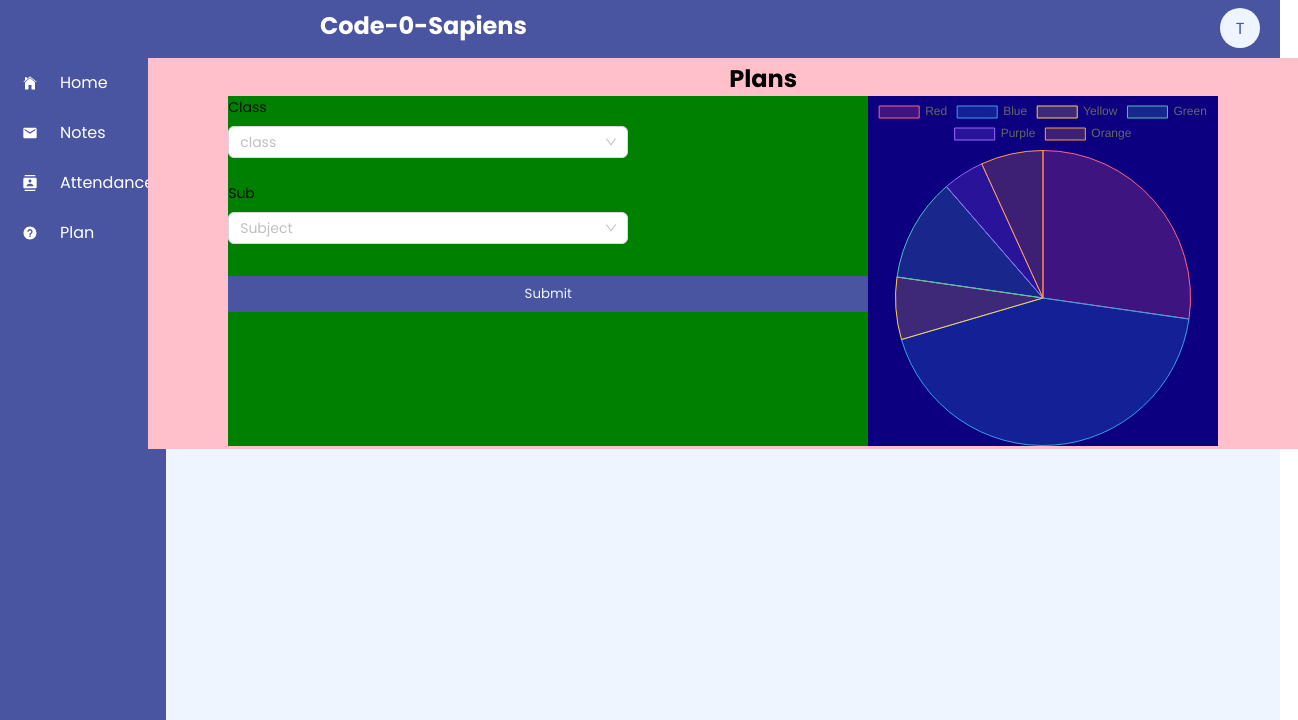
Repository: sinchana-P/code-0-sapiens
Page: /plans (app in client/)
These files come from the project's save history. The page is drawn as it stood at one moment and after a run of saves; the edit follows.
The browser window is 1280 px wide. The page is 1298 px wide, so the pictures cover 1298 px, including what lies to the right of the window. The pictures show the whole page.
The project was rebuilt for these pictures with package versions that can differ from the ones it lists, and the page was loaded fresh each time. Also part of the build but not shown: client/src/components/auth/login/FormLayoutLogin.jsx, client/src/components/auth/login/Login.jsx, client/src/components/auth/register/FormLayoutRegister.jsx, client/src/components/auth/register/Register.jsx, client/src/components/homeScene/Home.jsx, client/src/components/notes/Notes.jsx, client/src/components/attendance/Attendance.jsx, client/src/components/profile/Profile.jsx and 5 more.

Above is the page before, as saved 2024-03-01 07:40:32.

After the next 3 saves:
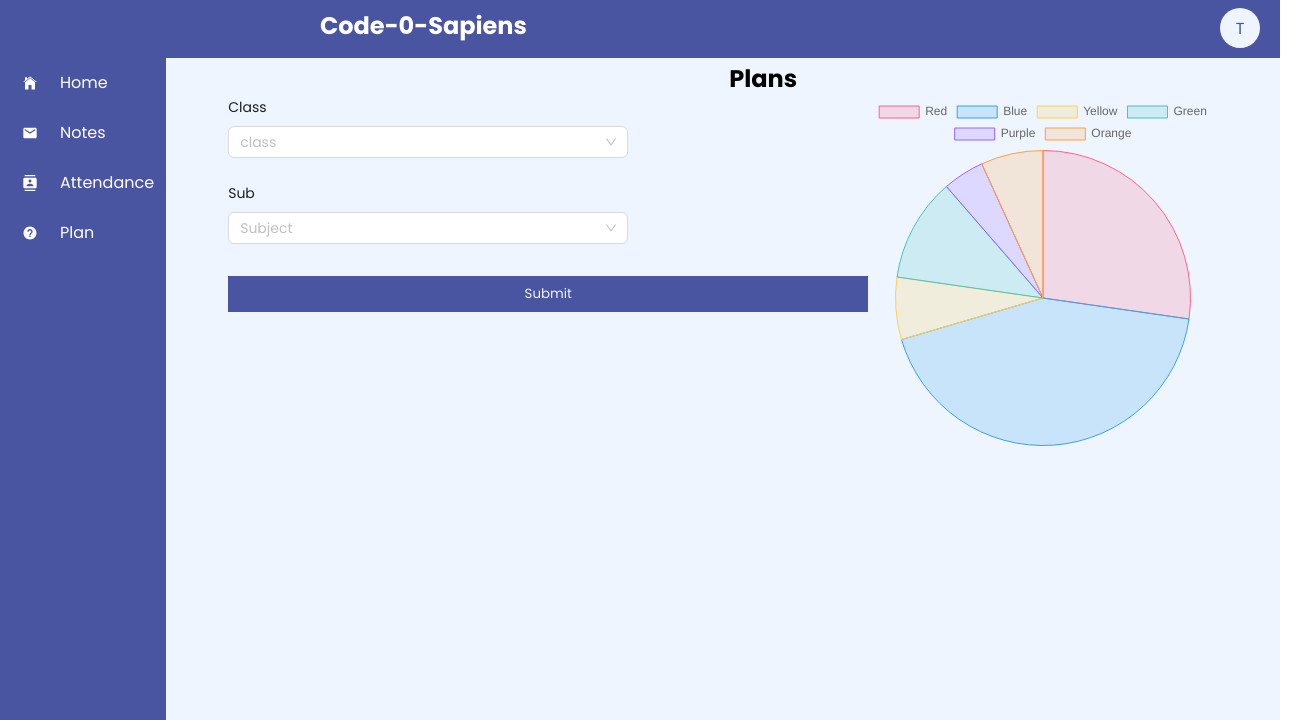
The 3 saves are shown as one change because they came seconds apart.
The last was saved 17 s later.
--- a/client/src/components/plans/Plans.css
+++ b/client/src/components/plans/Plans.css
@@ -1,7 +1,7 @@
 .plans-main{
     /* width: 90vw; */
     padding: 0.2rem 5rem;
-    background-color: pink;
+    /* background-color: pink; */
     /* max-height: 90vh; */
 
 }
@@ -27,11 +27,11 @@
     display: flex;
     flex-direction: column;
     width: 40rem;
-    background-color: green;
+    /* background-color: green; */
 }
 .plans-container-right {
     display: flex;
     flex-direction: column;
     width: 40rem;
-    background-color: rgb(13, 0, 128);
+    /* background-color: rgb(13, 0, 128); */
 }
